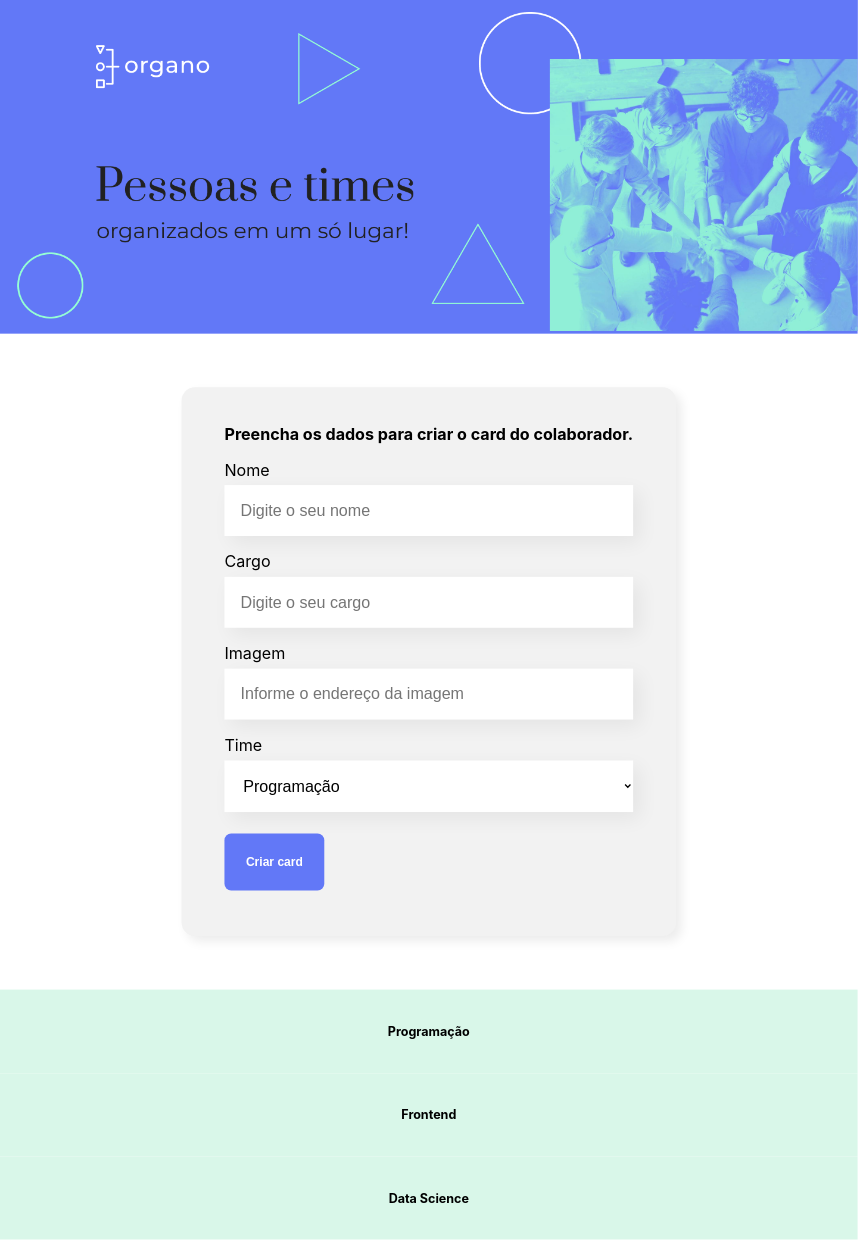
Repository: devMuriloOliveira/organo
Page: /
The author's editor kept a copy of each file at every save. The page is drawn from the files as they stood at one save, then again after the next save.
The browser window is 1280 px wide. The pictures show the whole page, at 67% of full size.
The project was rebuilt for these pictures with package versions that can differ from the ones it lists, and the page was loaded fresh each time.

Above is the page before, as saved 2023-01-13 15:03:42.

### src/App.js

import { useState } from 'react'
import Banner from './componentes/Banner/Banner'
import Formulario from './componentes/Formulario'
import Time from './componentes/Time'


function App() {

  const [colaboradores, setColaboradores] = useState([])

  const aoNovoColaboradorAdicionado = (colaborador) => {
    console.log(colaborador)
    setColaboradores([...colaboradores, colaborador])
  }

  return (
    <div className="App">
      <Banner/>
      <Formulario aoColaboradorCadastrado={colaborador => aoNovoColaboradorAdicionado(colaborador)} />
      <Time nome="Programação"/>
      <Time nome="Frontend"/>
      <Time nome="Data Science"/>



    </div>
  )
}

export default App

### src/componentes/Banner/Banner.js
import './Banner.css'

function Banner() {
  return (
    <header className="banner">
      <img src="/imagens/banner.png" alt="O banner principal da pagina Organo"/>
    </header>


    )

}

export default Banner

### src/componentes/Formulario/index.js
import { useState } from 'react'
import Botao from '../Botao'
import CampoTexto from '../CampoTexto'
import ListaSuspensa from '../ListaSuspensa'
import './Formulario.css'

const Formulario = (props) =>{

    const times = [
      'Programação',
      'Front-End',
      'Data Science',
      'Devops',
      'UX e Design',
      'Mobile',
      'Inovação e Gestão'
    ]

    const [nome, setNome] = useState('')
    const [cargo, setCargo] = useState('')
    const [imagem, setImagem] = useState('')
    const [time, setTime] = useState('')



    const aoSalvar = (evento) => {
      evento.preventDefault()
      props.aoColaboradorCadastrado({
        nome,
        cargo,
        imagem,
        time
      })
    }

  return(

    <section className='formulario'>
      <form onSubmit={aoSalvar}>
        <h2>Preencha os dados para criar o card do colaborador.</h2>
      <CampoTexto
      obrigatorio={true}
      label="Nome"
      placeholder="Digite o seu nome"
      valor={nome}
      aoAuterado={valor => setNome(valor)}/>

      <CampoTexto
      obrigatorio={true}
      label="Cargo"
      placeholder="Digite o seu cargo"
      valor={cargo}
      aoAuterado={valor => setCargo(valor)}/>

      <CampoTexto
       label="Imagem"
       placeholder="Informe o endereço da imagem"
       valor={imagem}
       aoAuterado={valor => setImagem(valor)}/>
      <ListaSuspensa
      obrigatorio={true}
      label="Time"
       itens={times}
       valor={time}
       aoAuterado={valor => setTime(valor)}/>
      <Botao>
        Criar card
      </Botao>
      </form>
    </section>
  )
}

export default Formulario

### src/componentes/Time/index.js
import './Time.css'

const Time = (props) => {
  return(
    <section className='time'>
      <h3>{props.nome}</h3>
    </section>
  )
}

export default Time

### src/componentes/Banner/Banner.css
.banner {
  background-color: #6278F7;
  text-align: center;
}

.banner img {
  max-width: 100%;
}

### src/componentes/Botao/index.js
import './Botao.css'

const Botao = (props) =>{
  return(
      <button className='botao'>
        {props.children}
      </button>
  )
}

export default Botao

### src/componentes/CampoTexto/index.js
import './CampoTexto.css'

const CampoTexto = (props) =>{



  const aiDigitado = (evento) =>{
  props.aoAuterado(evento.target.value)
}

  return(
    <div className="campo-texto">
      <label>{props.label}</label>
      <input value={props.valor} onChange={aiDigitado} required={props.obrigatorio} placeholder={props.placeholder}/>
    </div>
  )
}

export default CampoTexto

### src/componentes/ListaSuspensa/index.js
import './ListaSuspensa.css'

const ListaSuspensa = (props) => {
  return(
    <div className='lista-suspensa'>
        <label>{props.label}</label>
        <select onChange={evento => props.aoAuterado(evento.target.value)} required={props.required} value={props.value}>
          {props.itens.map(item => {
            return <option key={item}>{item}</option>
          })}
        </select>
    </div>
  )
}

export default ListaSuspensa

### src/componentes/Formulario/Formulario.css
.formulario {
  display: flex;
  justify-content: center;
  margin: 80px 0;
}

.formulario form {
  max-width: 80%;
  background-color: #f2f2f2;
  border-radius: 20px;
  padding: 36px 64px;
  box-shadow: 8px 8px 16px rgba(0, 0, 0, 0.08);
}

### src/componentes/Time/Time.css
.time {
  text-align: center;
  padding: 32px;
  background-color: #D9F7E9;
}

### src/componentes/Botao/Botao.css
.botao {
  background-color: #6278F7;
  border-radius: 10px;
  font-weight: 700;
  font-size: 18px;
  padding: 32px;
  border: none;
  cursor: pointer;
  color: #fff;
  margin: 32px 0;
}

.botao:hover {
  color: #95ffd4;
}

### src/componentes/CampoTexto/CampoTexto.css
.campo-texto {
  margin: 24px 0;
}

.campo-texto label {
  display: block;
  margin-bottom: 8px;
  font-size: 24px;
}

.campo-texto input {
  background-color: #fff;
  box-shadow: 10px 10px 30px rgba(0, 0, 0, 0.06);
  width: 100%;
  border: none;
  font-size: 24px;
  padding: 24px;
  box-sizing: border-box;
}

### src/componentes/ListaSuspensa/ListaSuspensa.css
.lista-suspensa label {
  display: block;
  margin-bottom: 8px;
  font-size: 24px;
}

.lista-suspensa select {
  background-color: #fff;
  box-shadow: 10px 10px 30px rgba(0, 0, 0, 0.06);
  width: 100%;
  border: none;
  font-size: 24px;
  padding: 24px;
  box-sizing: border-box;
}

Loaded but not shown: public/index.html (common file); src/index.js (common file); src/index.css (common file)

After the next save:
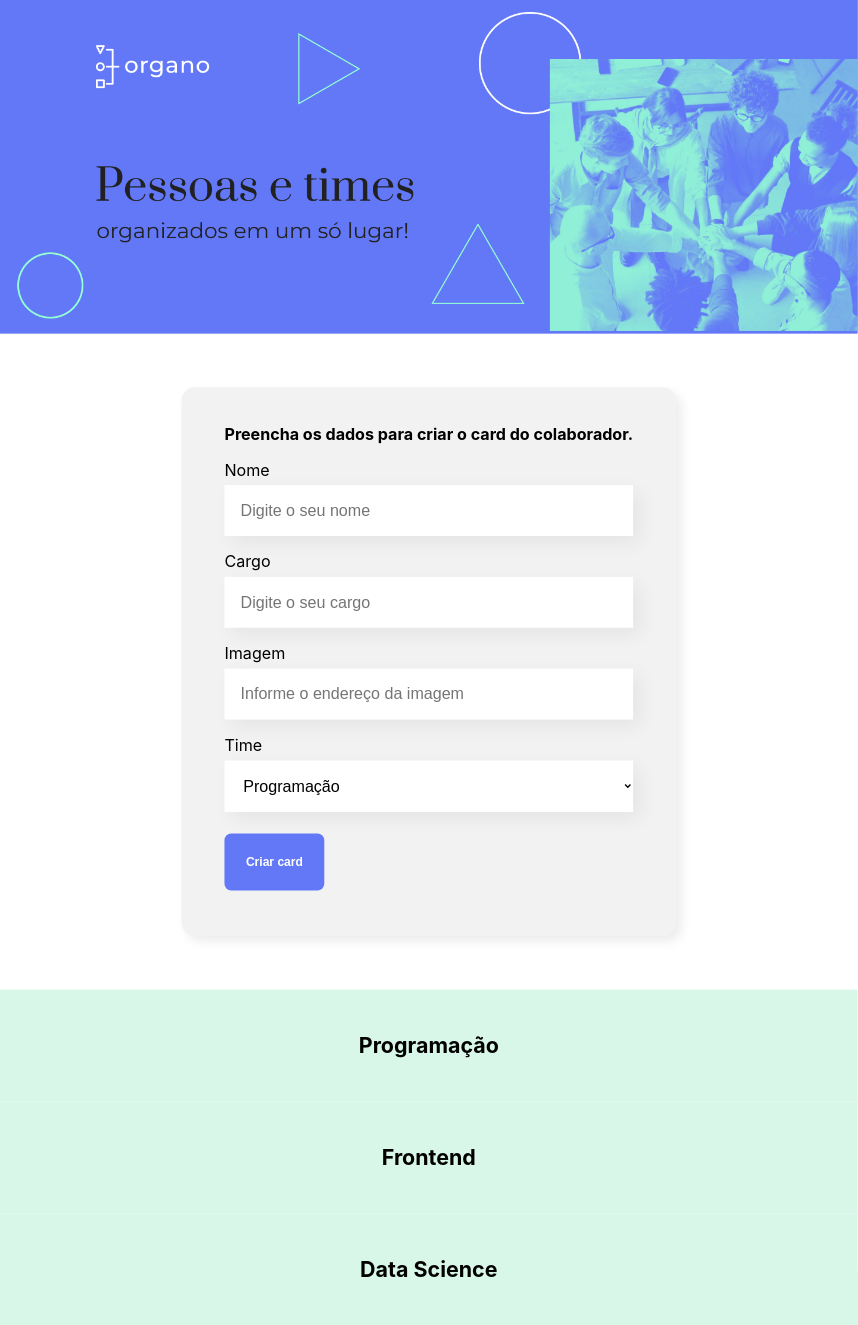
Saved 78 s later.
--- a/src/componentes/Time/Time.css
+++ b/src/componentes/Time/Time.css
@@ -3,3 +3,7 @@
   padding: 32px;
   background-color: #D9F7E9;
 }
+
+.time h3 {
+  font-size: 32px;
+}
